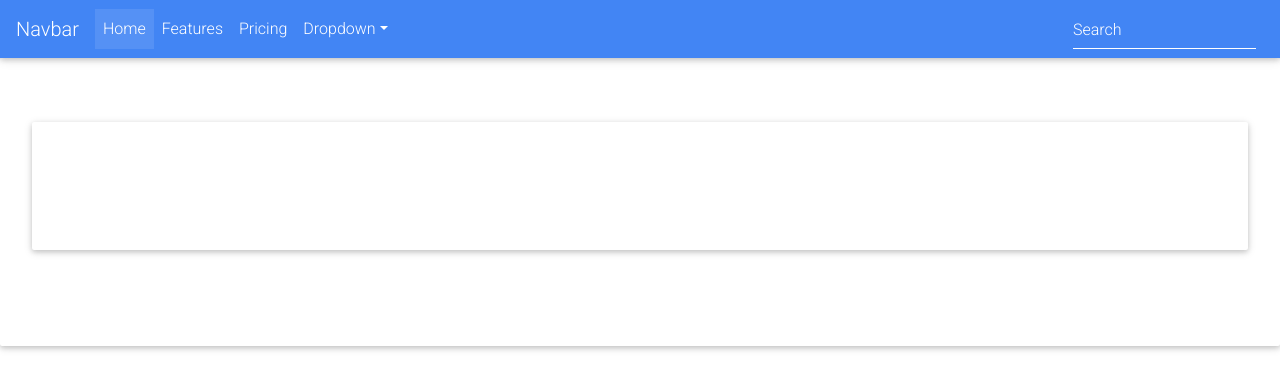
Repository: nicolasolo/bitesizecoding.space
Page: index.html
The author's editor kept a copy of each file at every save. The page is drawn from the files as they stood at one save, then again after a run of saves.
The browser window is 1280 px wide. The pictures show the whole page.
Some web libraries are served in a nearby version.

Above is the page before, as saved 2020-04-14 12:53:09.

After the next 2 saves:
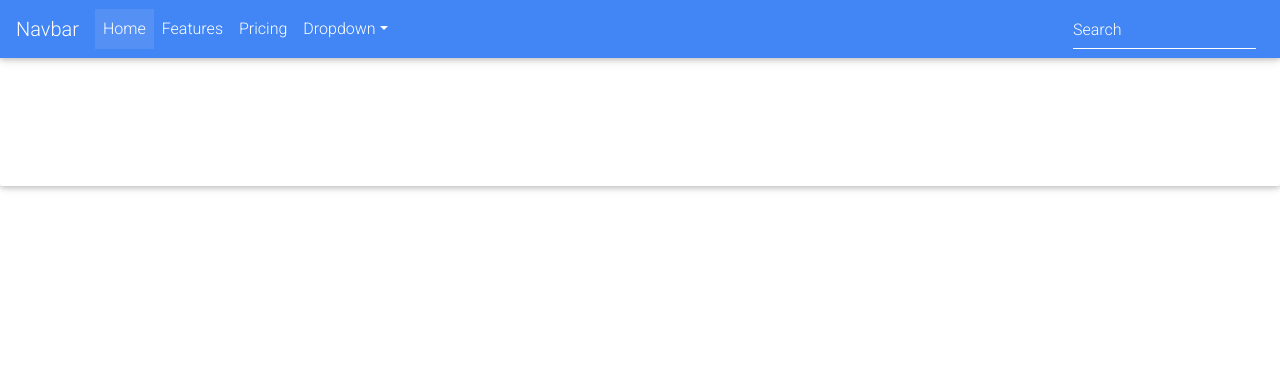
The 2 saves are shown as one change because they came seconds apart.
The last was saved 11 s later.
--- a/index.html
+++ b/index.html
@@ -99,7 +99,6 @@
 <!--codul va fi scris aici-->
 <div class="jumbotron"
 <!--Jumbotron -->
-<div class="jumbotron"></d
 <!-- Footer-->
 <!--navigation -> Footer-->
 
